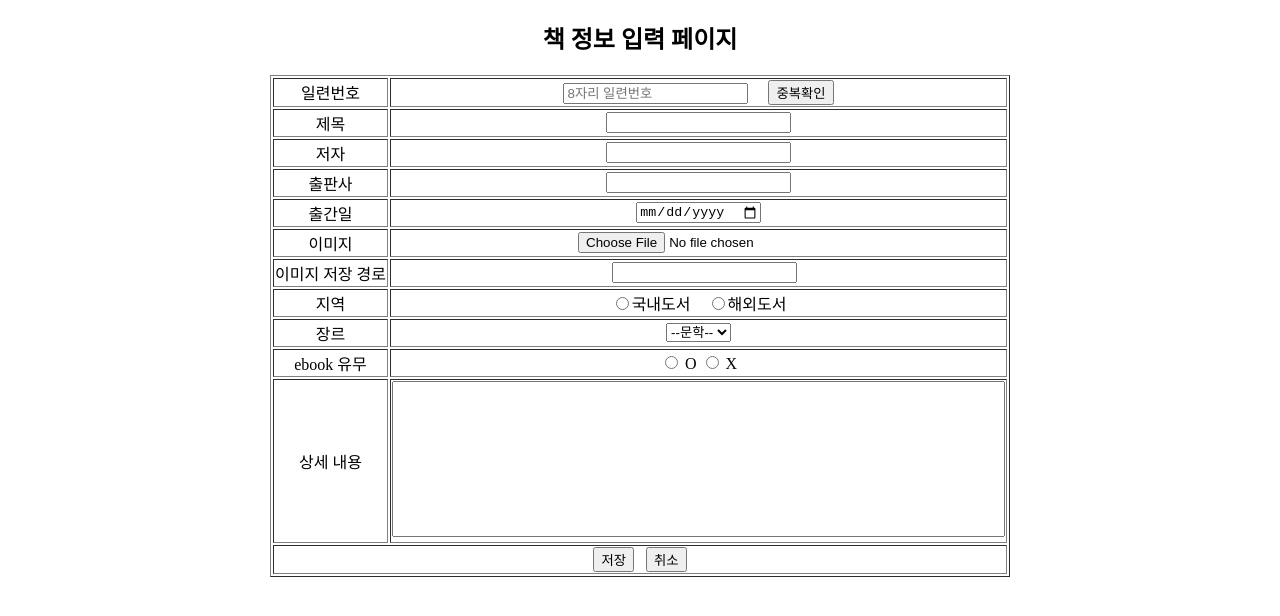
Repository: Served01/Project2_2209
Page: http://localhost/bookReviewProgram/bkInsertform2.jsp
These files come from the project's save history. The page is drawn as it stood at one moment and after the next save; the edit follows.
The browser window is 1280 px wide. The pictures show the whole page.
The page is served by Tomcat 9. Other server files are loaded and not shown.

Above is the page before, as saved 2022-09-24 03:45:27.

### bookReviewProgram/src/main/webapp/bkInsertform2.jsp
<%@ page language="java" contentType="text/html; charset=UTF-8"
    pageEncoding="UTF-8"%>
<!DOCTYPE html>
<html>
<head>
<meta charset="UTF-8">
<title>책 정보 입력 페이지</title>
</head>
<style>
table{
margin: auto;
}
</style>
<body>
<h2 align = "center">책 정보 입력 페이지</h2>

<form action="bkInsertPro.jsp" method="post" enctype="multipart/form-data">
<table border="1">
	<tr align = "center">
		<td>일련번호</td>
		<td><input type="text" name="bk_number" placeholder="8자리 일련번호"/>
			&nbsp; &nbsp;
			<button type="button">중복확인</button></td>
	</tr>
	<tr align = "center">
		<td>제목</td>
		<td><input type="text" name="bk_title"/></td>
	</tr>
	<tr align = "center">
		<td>저자</td>
		<td><input type="text" name="bk_writer"/></td>
	</tr>
	<tr align = "center">
		<td>출판사</td>
		<td><input type="text" name="bk_publisher"/></td>
	</tr>
	<tr align = "center">
		<td>출간일</td>
		<td><input type="date" name="bk_pubdate"/></td>
	</tr>
	<tr align = "center">
		<td>이미지</td>
		<td>&nbsp;&nbsp;&nbsp;<input type="file" value="파일 선택" name="bk_image"/>
	</tr>
	<tr align = "center">
		<td>이미지 저장 경로</td>
		<td>&nbsp;&nbsp;&nbsp;<input type="text" name="img_location"/>
	</tr>
	<tr align = "center">
		<td>지역</td>
		<td>
		<input type="radio" name="bk_local" value="0"/>국내도서
		&nbsp;&nbsp;
		<input type="radio" name="bk_local" value="1"/>해외도서
		</td>
	</tr>
	<tr align="center">
		<td>장르</td>
		<td>
			<select name="bk_genre">
				<option value="0">--문학--</option>
				<option value="1">--역사--</option>
				<option value="2">--소설--</option>
				<option value="3">--만화--</option>
				<option value="4">--기타--</option>
			</select>
		</td>
	</tr>
	<tr align="center">
		<td>ebook 유무</td>
		<td>
			<input type="radio" name="bk_ebook" value="0"/> O
			<input type="radio" name="bk_ebook" value="1"/> X
		</td>
	</tr>
	<!-- 작성일 sysdate 처리 -->
	<tr align="center">
		<td>상세 내용</td>
		<td>
			<textarea rows="10" cols="74" name="bk_detail" style ="resize:none"></textarea></td>
	</tr>
	<tr align="center">
		<td colspan="2">
			<input type="submit" value="저장"/>&nbsp;&nbsp;
			<input type="button" value="취소" onclick="location.href='mainsession.jsp'"/>
	</tr>

</table>
</form>

</body>
</html>

After the next save:
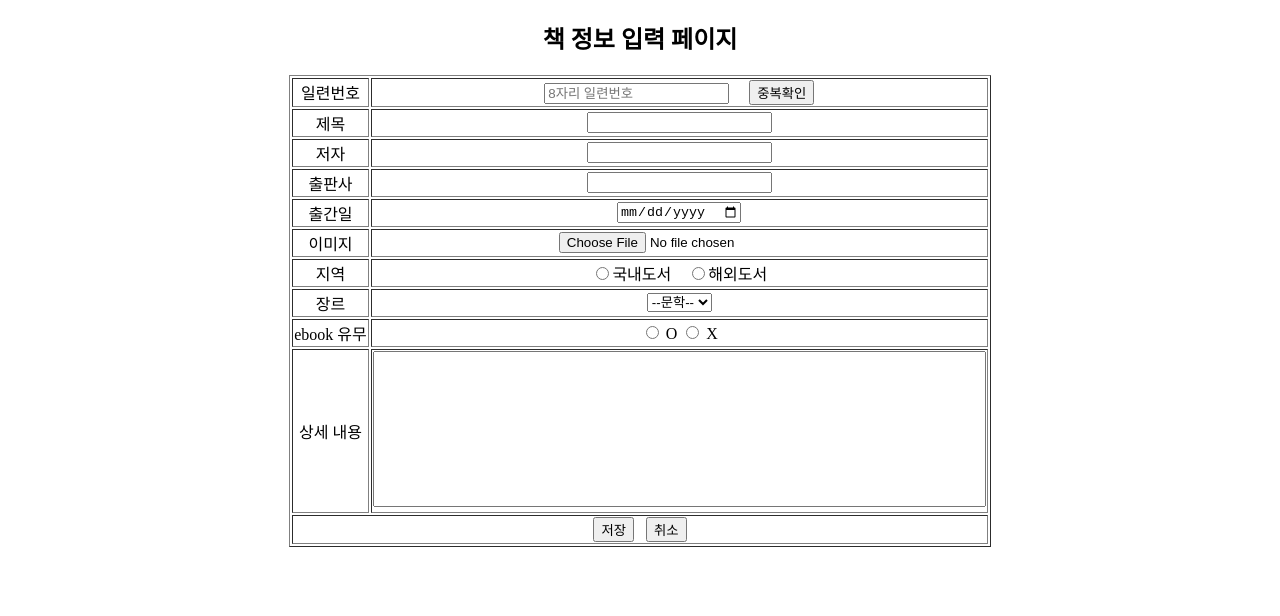
Saved 4 min 36 s later.
--- a/bookReviewProgram/src/main/webapp/bkInsertform2.jsp
+++ b/bookReviewProgram/src/main/webapp/bkInsertform2.jsp
@@ -43,10 +43,6 @@
 		<td>&nbsp;&nbsp;&nbsp;<input type="file" value="파일 선택" name="bk_image"/>
 	</tr>
 	<tr align = "center">
-		<td>이미지 저장 경로</td>
-		<td>&nbsp;&nbsp;&nbsp;<input type="text" name="img_location"/>
-	</tr>
-	<tr align = "center">
 		<td>지역</td>
 		<td>
 		<input type="radio" name="bk_local" value="0"/>국내도서
